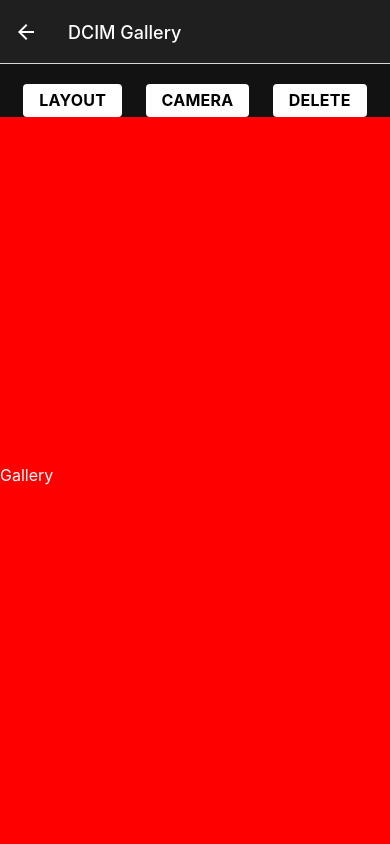
Repository: jzielinski47/react-native-camera-app
Screen: /gallery
An editor plug-in stored every save of this project. The screen is shown before and after the next save, followed by the edit.
The app was drawn by React Native's web renderer in a window 390 px wide. The project was rebuilt for these pictures with package versions that can differ from the ones it lists, and the page was loaded fresh each time.

Above is the screen before, as saved 2022-12-04 15:13:53.

### App.jsx
import * as React from 'react';
import { NavigationContainer } from '@react-navigation/native';
import { createNativeStackNavigator } from '@react-navigation/native-stack';
import { StyleSheet, Text, View, StatusBar } from 'react-native';

import Main from './screens/Main';
import Gallery from './screens/Gallery';

const Stack = createNativeStackNavigator();

export default function App() {
  return (
    <NavigationContainer >
      <Stack.Navigator initialRouteName="main">
        <Stack.Screen name="main" component={Main} options={{ headerShown: false }} />
        <Stack.Screen name="gallery" component={Gallery} options={{ title: 'DCIM Gallery', headerStyle: { backgroundColor: '#1f1f1f' }, headerTintColor: '#fff', }} />
      </Stack.Navigator>
      <StatusBar style="auto" />
    </NavigationContainer>
  );
}

const styles = StyleSheet.create({
  container: { flex: 1, backgroundColor: '#121212' },
});

### screens/Main.jsx
import { StyleSheet, Text, View, StatusBar, ActivityIndicator, TouchableOpacity, ImageBackground, Image } from 'react-native';
import React from 'react'
import CustomButton from '../components/CustomButton';

const image = { uri: "https://images.pexels.com/photos/821749/pexels-photo-821749.jpeg" };

const Main = ({ navigation }) => {
    return (
        <View style={styles.container}>
            <ImageBackground source={image} style={styles.image} blurRadius={0} imageStyle={styles.cover}>
                <Image style={styles.icon} />
                <Text style={styles.title}>Camera App</Text>
                <Text style={styles.text}>Manage your photo gallery</Text>
                <CustomButton title={'Get started'} onPress={() => navigation.navigate('gallery')} />
            </ImageBackground>
        </View>
    )
}

const styles = StyleSheet.create({
    container: { flex: 1, backgroundColor: '#121212' },
    image: { flex: 1, resizeMode: 'cover', justifyContent: 'center', alignItems: 'center' },
    cover: { opacity: 0.7 },
    icon: { width: 50, height: 50, margin: 10 },
    title: { color: 'white', fontWeight: 'bold', fontSize: 32, marginBottom: 5 },
    text: { color: 'white', fontSize: 16, marginBottom: 30 }
});

export default Main;

### screens/Gallery.jsx
import { StyleSheet, Text, View, StatusBar, ActivityIndicator, TouchableOpacity, ImageBackground, Image } from 'react-native';
import React from 'react'
import CustomButtonEmp from '../components/CustomButtonEmp';

export default function Gallery() {
    return (
        <View style={styles.container}>
            <View style={styles.headlineBtns}>
                <CustomButtonEmp title={'layout'} onPress={() => console.log('layout')} />
                <CustomButtonEmp title={'camera'} onPress={() => console.log('camera')} />
                <CustomButtonEmp title={'delete'} onPress={() => console.log('delete')} />
            </View>
            <View style={styles.gallery}>
                <Text style={styles.text}>Gallery</Text>
            </View>
        </View>
    )
}

const styles = StyleSheet.create({
    container: { flex: 1, backgroundColor: '#121212' },
    headlineBtns: { flexDirection: 'row', justifyContent: 'space-evenly', paddingTop: '5%' },
    gallery: { flex: 1, justifyContent: 'center', backgroundColor: 'red', paddingTop: '5%' },
    image: { flex: 1, justifyContent: 'center', alignItems: 'center' },
    icon: { width: 50, height: 50, margin: 10 },
    title: { color: 'white', fontWeight: 'bold', fontSize: 32, marginBottom: 5 },
    text: { color: 'white', fontSize: 16, marginBottom: 30 }
});

### components/CustomButton.jsx
import React from 'react';
import { StyleSheet, Text, View, StatusBar, ActivityIndicator, TouchableOpacity } from 'react-native';

const CustomButton = ({ title, onPress }) => {
    return (
        <TouchableOpacity onPress={onPress} style={styles.button}>
            <Text style={styles.text}>{title}</Text>
        </TouchableOpacity>
    );
};

const styles = StyleSheet.create({
    button: {
        alignItems: 'center',
        justifyContent: 'center',
        paddingVertical: 12,
        paddingHorizontal: 32,
        borderRadius: 4,
        // borderRadius: 30,
        elevation: 3,
        backgroundColor: 'black',
    },
    text: {
        fontSize: 16,
        lineHeight: 21,
        fontWeight: 'bold',
        letterSpacing: 0.25,
        color: 'white',
    }
});


export default CustomButton;

### components/CustomButtonEmp.jsx
import React from 'react';
import { StyleSheet, Text, View, StatusBar, ActivityIndicator, TouchableOpacity } from 'react-native';

const CustomButtonEmp = ({ title, onPress }) => {

    const upper = (str) => str.toUpperCase();

    return (
        <TouchableOpacity onPress={onPress} style={styles.button}>
            <Text style={styles.text}>{upper(title)}</Text>
        </TouchableOpacity>
    );
};

const styles = StyleSheet.create({
    button: {
        alignItems: 'center',
        justifyContent: 'center',
        paddingVertical: 6,
        paddingHorizontal: 16,
        borderRadius: 4,
        // borderRadius: 30,
        elevation: 3,
        backgroundColor: 'white',
    },
    text: {
        fontSize: 16,
        lineHeight: 21,
        fontWeight: 'bold',
        letterSpacing: 0.25,
        color: 'black',
    }
});


export default CustomButtonEmp;

After the next save:
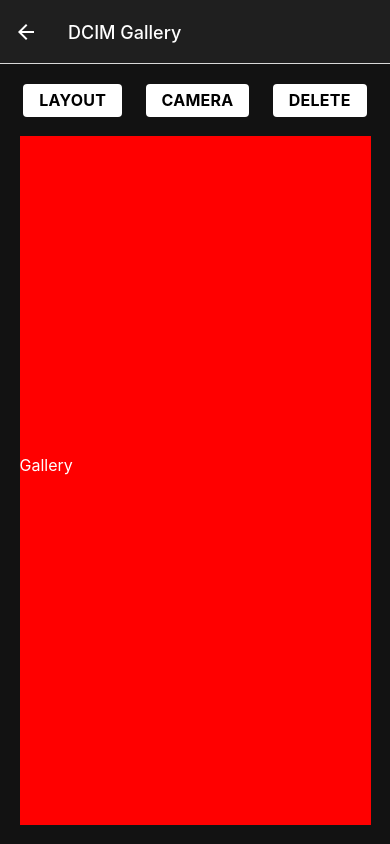
Saved 6 s later.
--- a/screens/Gallery.jsx
+++ b/screens/Gallery.jsx
@@ -20,7 +20,7 @@ export default function Gallery() {
 const styles = StyleSheet.create({
     container: { flex: 1, backgroundColor: '#121212' },
     headlineBtns: { flexDirection: 'row', justifyContent: 'space-evenly', paddingTop: '5%' },
-    gallery: { flex: 1, justifyContent: 'center', backgroundColor: 'red', paddingTop: '5%' },
+    gallery: { flex: 1, justifyContent: 'center', backgroundColor: 'red', margin: '5%' },
     image: { flex: 1, justifyContent: 'center', alignItems: 'center' },
     icon: { width: 50, height: 50, margin: 10 },
     title: { color: 'white', fontWeight: 'bold', fontSize: 32, marginBottom: 5 },
